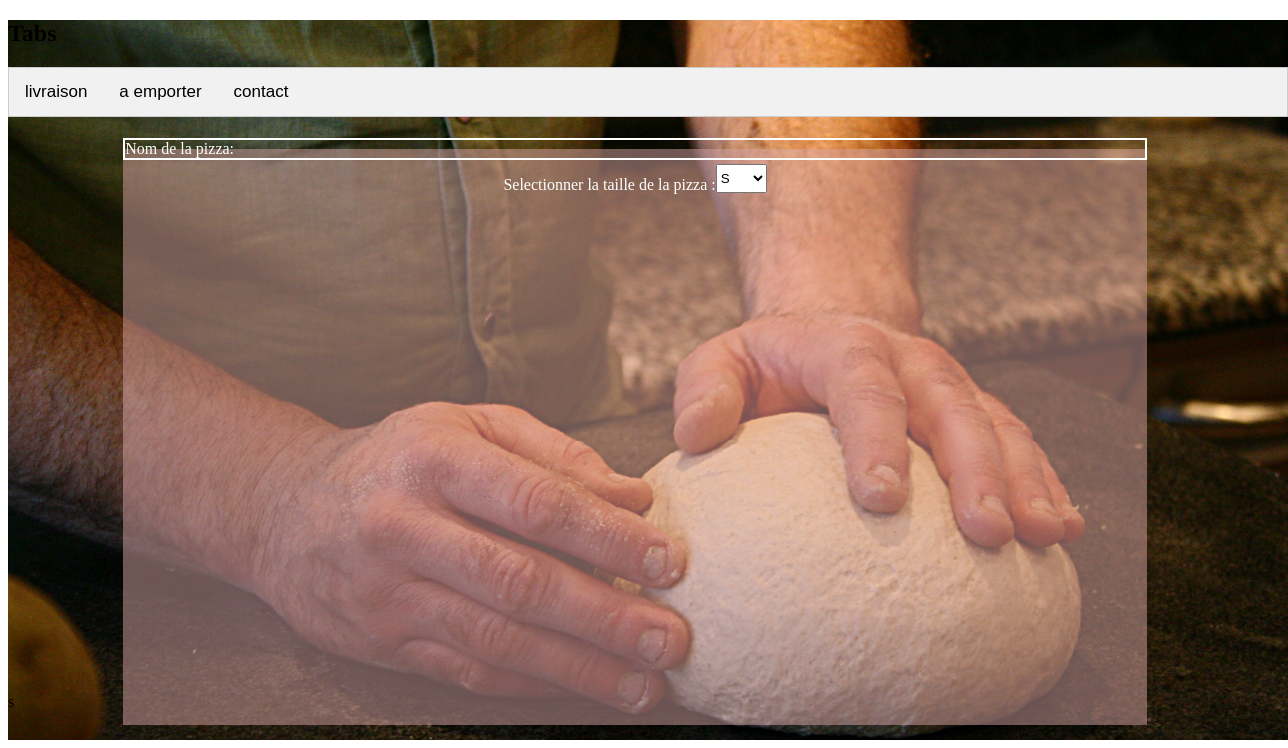
Repository: dev84-unalien/pippo_pizza
Page: admin.html
The author's editor kept a copy of each file at every save. The page is drawn from the files as they stood at one save, then again after the next save.
The browser window is 1280 px wide. The page is 1288 px wide, so the pictures cover 1288 px, including what lies to the right of the window. The pictures show the whole page.

Above is the page before, as saved 2019-09-10 11:34:54.

### admin.html
<!DOCTYPE html>
<html lang="en">

<head>
    <meta charset="UTF-8">
    <meta name="viewport" content="width=device-width, initial-scale=1.0">
    <meta http-equiv="X-UA-Compatible" content="ie=edge">
    <title>pizzaria pippo</title>
    <link rel="stylesheet" href="admin.css">
    <script src="jquery-3.4.1.min.js"></script>
    <script src="admin.js"></script>

</head>

<body>
    <div id=unos>
        <div id=commande>

            <h2>Tabs</h2>


            <div class="tab">
                <button class="tablinks" onclick="openCity(event, 'livraison')">livraison</button>
                <button class="tablinks" onclick="openCity(event, 'emporter')">a emporter</button>
                <button class="tablinks" onclick="openCity(event, 'contact')">contact</button>
            </div>

            <div id="livraison" class="tabcontent">
                <h3>livraison</h3>
            </div>

            <div id="emporter" class="tabcontent">
                <h3>emporter</h3>

            </div>

            <div id="contact" class="tabcontent">
            </div>
            </form>

         <div id="body">
            <div id="Gcadre">
            <div id="categorie1">
                 <div id="Nom">Nom de la pizza:</div>
                  <div id="Taille">
                  <p>Selectionner la taille de la pizza :</p>
                   <select >
                         <option value="S">S</option>
                         <option value="M">M</option>
                         <option value=">L">L</option>
                         <option value="XL">XL</option>
                         <option value="XXL">XXL</option>
                     </select>
                </div>
            </div>
            <div id="Description"></div>
            <div id="Prix"></div>

            <div id="Image"></div>
        </div>
    </div>
</body>

</html>s

### admin.css
#unos {
  height: 100vh;
  width: 100vw;
  background-image: url("images/ajoutpizza.jpg");
  justify-content: cover;
  background-size: 100vw;
}
#body{
    width: 100vw;
    height: 80vh;
    display: flex;
  flex-direction: column;
  justify-content: center;
  align-content: center;
}
#Gcadre {
  display: flex;
  flex-direction: column;
  justify-content: center;
  align-content: center;
  width: 80vw;
  height: 80vh;
  background-color: rgba(216, 166, 166, 0.5);
  margin-left: 9vw;
  margin-top:9vh;
}
#Nom {
  color: white;
  border:solid 2px;
}

#Taille {
  display: flex;
  justify-content: center;
  align-content: center;
  width: 80vw;
  height: 80vh;
}
select {
  width: 4vw;
  height: 4vh;
  margin-top: 0.5vh;
}
p {
  color: white;
}

#formulaire {
  height: 50%;
  width: 50%;
  background-color: aliceblue;
}

#livraison {
  background-color: aquamarine;
}

#emporter {
  background-color: beige;
}

#contact {
  background-color: powderblue;
}

.tab {
  overflow: hidden;
  border: 1px solid #ccc;
  background-color: #f1f1f1;
}

/* Style the buttons inside the tab */

.tab button {
  background-color: inherit;
  float: left;
  border: none;
  outline: none;
  cursor: pointer;
  padding: 14px 16px;
  transition: 0.3s;
  font-size: 17px;
}

/* Change background color of buttons on hover */

.tab button:hover {
  background-color: red;
}

/* Create an active/current tablink class */

.tab button.active {
  background-color: red;
}

/* Style the tab content */

.tabcontent {
  display: none;
  padding: 6px 12px;
  border: 1px solid red;
  border-top: none;
}

Loaded but not shown: jquery-3.4.1.min.js (library); admin.js (no copy from this time; the picture is the same without it)

After the next save:
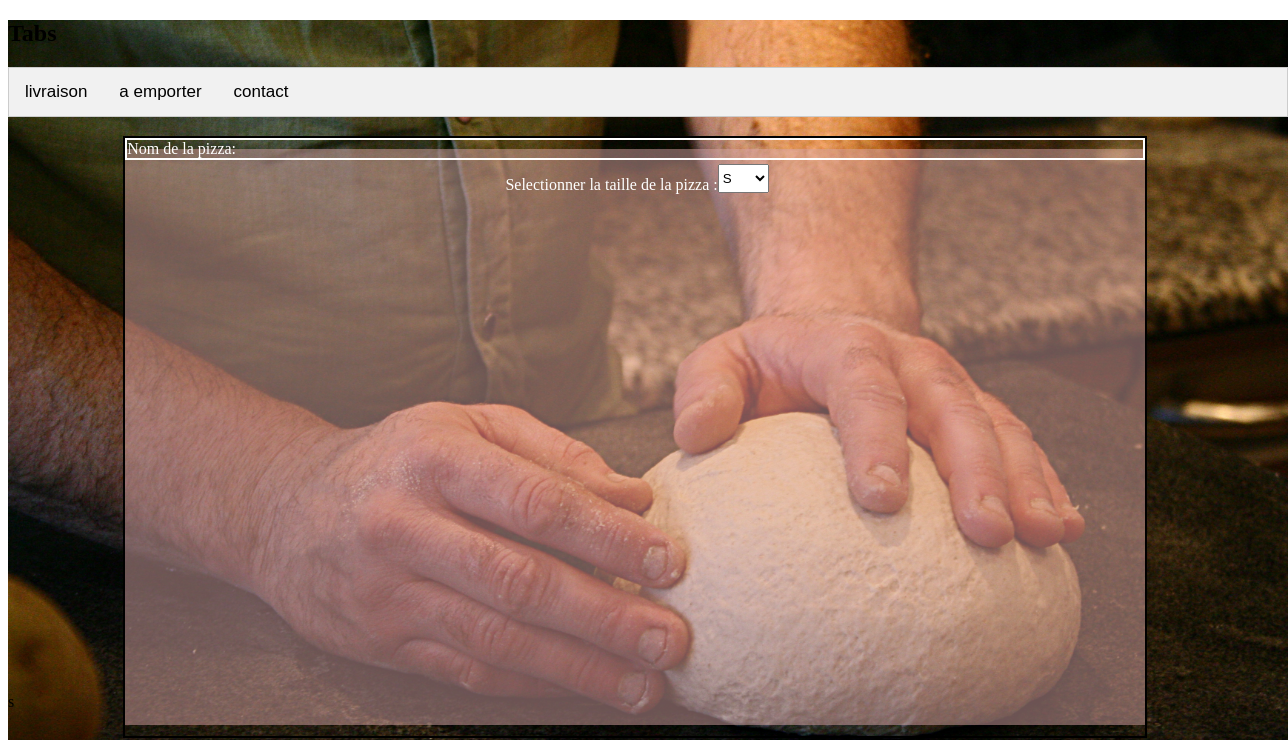
Saved 3 min 19 s later.
--- a/admin.css
+++ b/admin.css
@@ -23,6 +23,9 @@
   background-color: rgba(216, 166, 166, 0.5);
   margin-left: 9vw;
   margin-top:9vh;
+}
+#categorie1{
+border: 2px black solid;
 }
 #Nom {
   color: white;
